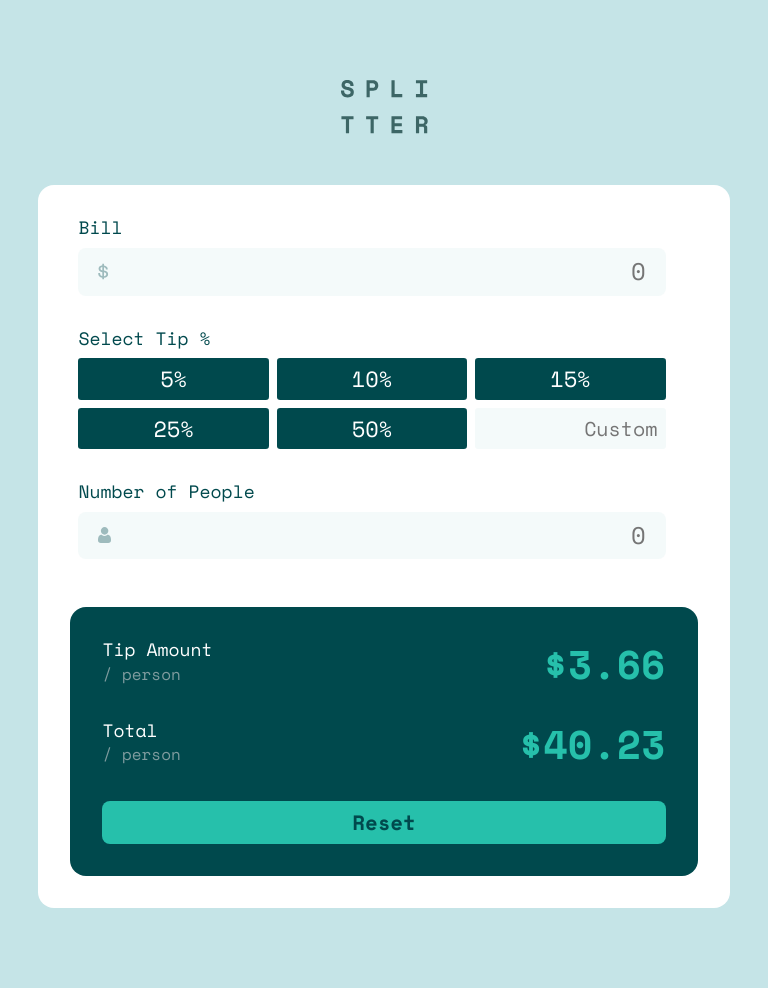
Repository: Jay-JYKim91/FM_tip-calculator
Page: index.html
These files come from the project's save history. The page is drawn as it stood at one moment and after the next save; the edit follows.
The browser window is 768 px wide. The pictures show the whole page.

Above is the page before, as saved 2021-12-23 13:13:26.

### index.html
<!DOCTYPE html>
<html lang="en">
<head>
  <meta charset="UTF-8">
  <meta name="viewport" content="width=device-width, initial-scale=1.0"> <!-- displays site properly based on user's device -->

  <link rel="icon" type="image/png" sizes="32x32" href="./images/favicon-32x32.png">

  <title>Tip calculator</title>
  <link rel="preconnect" href="https://fonts.googleapis.com">
  <link rel="preconnect" href="https://fonts.gstatic.com" crossorigin>
  <link href="https://fonts.googleapis.com/css2?family=Space+Mono:wght@400;700&display=swap" rel="stylesheet">
  <link rel="stylesheet" href="https://cdnjs.cloudflare.com/ajax/libs/normalize/8.0.1/normalize.min.css" integrity="sha512-NhSC1YmyruXifcj/KFRWoC561YpHpc5Jtzgvbuzx5VozKpWvQ+4nXhPdFgmx8xqexRcpAglTj9sIBWINXa8x5w==" crossorigin="anonymous" referrerpolicy="no-referrer" />
  <link rel="stylesheet" href="style.css">
  <script src="main.js" defer></script>

</head>
<body>
  <main class="container">
    <header>
      <img src="./images/logo.svg" alt="logo">
    </header>
    <section class="calculator_wrapper">
      <article class="input_wrapper">
        <div>
          <p class="title">Bill</p>
          <input type="tel" placeholder="0" class="input_box" id="billInput">
        </div>
        <div>
          <p class="title">Select Tip %</p>
          <div class="tip_options">
            <button class="tip_option">5%</button>
            <button class="tip_option">10%</button>
            <button class="tip_option">15%</button>
            <button class="tip_option">25%</button>
            <button class="tip_option">50%</button>
            <input type="tel" id="custom_tip" class="tip_option" placeholder="Custom" autocomplete="off">
          </div>
        </div>
        <div>
          <p class="title">Number of People</p>
          <input type="tel" placeholder="0" class="input_box" id="peopleInput">
          </div>
        </div>
      </article>
      <article class="result_wrapper">
        <div class="result_rows">
          <div class="result_row">
            <div class="result_title_wrapper">
              <p class="title">Tip Amount</p>
              <p class="subtitle">/ person</p>
            </div>
            <p id="tipAmountPrice" class="display_result">$3.66</p>
          </div>
          <div class="result_row">
            <div class="result_title_wrapper">
              <p class="title">Total</p>
              <p class="subtitle">/ person</p>
            </div>
            <p id="totalPrice" class="display_result">$40.23</p>
          </div>
        </div>
        <div>
          <button id="resetBtn">Reset</button>
        </div>
      </article>
    </section>
  </main>
</body>
</html>

### style.css
:root {
  --body-font: "Space Mono", monospace;

  --strong-cyan: hsl(172, 67%, 45%);
  --very-dark-cyan: hsl(183, 100%, 15%);
  --dark-grayish-cyan1: hsl(186, 14%, 43%);
  --dark-grayish-cyan2: hsl(184, 14%, 56%);
  --light-grayish-cyan1: hsl(185, 41%, 84%);
  --light-grayish-cyan2: hsl(189, 41%, 97%);
  --white: hsl(0, 0%, 100%);
}
body {
  background-color: var(--light-grayish-cyan1);
  font-family: var(--body-font);
}
.container {
  margin: 10vh auto;
  max-width: 900px;
  min-width: 796px;
}
header {
  text-align: center;
  margin: 3rem;
}
.calculator_wrapper {
  background-color: var(--white);
  display: flex;
  justify-content: space-between;
  padding: 2rem;
  border-radius: 1rem;
}
.input_wrapper {
  flex-basis: 50%;
  padding: 0 2em 0 0.5em;
}
.input_wrapper div {
  margin-bottom: 2rem;
}
.input_wrapper div:last-child {
  margin-bottom: 0;
}
.tip_options {
  display: grid;
  grid-template-columns: repeat(3, 1fr);
  grid-gap: 0.5em;
}
.tip_option {
  border: 2px solid transparent;
  background-color: var(--very-dark-cyan);
  color: var(--white);
  font-family: var(--body-font);
  padding: 6px;
  font-size: 22px;
  border-radius: 0.2rem;
  cursor: pointer;
  transition: all 0.1s ease-in-out;
}
.tip_option:hover {
  background-color: var(--light-grayish-cyan1);
  color: var(--very-dark-cyan);
}
.tip_option:focus {
  background-color: var(--strong-cyan);
  color: var(--very-dark-cyan);
}
#custom_tip {
  width: 100%;
  background-color: var(--light-grayish-cyan2);
  box-sizing: border-box;
  text-align: right;
  font-size: 20px;
  color: var(--strong-cyan);
  caret-color: var(--strong-cyan);
}
#custom_tip:focus {
  outline: none;
  border: var(--strong-cyan) 2px solid;
}
.title {
  margin: 0 0 10px 0;
  color: var(--very-dark-cyan);
  font-size: 18px;
}
.input_box {
  background-position: 20px 15px;
  background-repeat: no-repeat;
  text-align: right;
  font-size: 24px;
  border: none;
  background-color: var(--light-grayish-cyan2);
  text-align: right;
  color: var(--very-dark-cyan);
  caret-color: var(--strong-cyan);
  padding: 10px 20px;
  border-radius: 0.5rem;
  width: -webkit-fill-available;
}
#billInput {
  background-image: url("./images/icon-dollar.svg");
}

#peopleInput {
  background-image: url("./images/icon-person.svg");
}
.result_wrapper {
  background-color: var(--very-dark-cyan);
  flex-basis: 50%;
  border-radius: 1rem;
  padding: 2em;
  display: flex;
  flex-direction: column;
  justify-content: space-between;
}
.result_title_wrapper {
  flex-basis: 40%;
}
.result_title_wrapper p {
  margin: 0 0 0.3rem 0;
}
.result_wrapper .title {
  color: var(--white);
  /* margin: 0 0 10px 0; */
}
.subtitle {
  color: var(--dark-grayish-cyan2);
}
.result_row {
  display: flex;
  align-items: center;
  justify-content: space-between;
  margin-bottom: 2rem;
}
.display_result {
  flex-basis: 60%;
  text-align: right;
  color: var(--strong-cyan);
  font-weight: 600;
  font-size: 2.5rem;
  margin: 0;
}
#resetBtn {
  border: none;
  background-color: var(--strong-cyan);
  color: var(--very-dark-cyan);
  width: 100%;
  padding: 10px;
  font-weight: 600;
  font-size: 1.3rem;
  border-radius: 0.5rem;
  cursor: pointer;
  transition: all ease-in-out 0.1s;
}
#resetBtn:hover {
  background-color: var(--light-grayish-cyan1);
}
/* Tablet size */
@media (min-width: 769px) and (max-width: 1023px) {
  .container {
    width: 80vw;
    min-width: auto;
  }
  .calculator_wrapper {
    flex-direction: column;
  }
  .result_wrapper {
    margin-top: 3rem;
  }
}

/* Mobile size */
@media (max-width: 768px) {
  .container {
    width: 90vw;
    min-width: auto;
  }
  .calculator_wrapper {
    flex-direction: column;
  }
  .result_wrapper {
    margin-top: 3rem;
  }
  .result_row {
    /* flex-direction: column; */
  }
}

Loaded but not shown: main.js (empty)

After the next save:
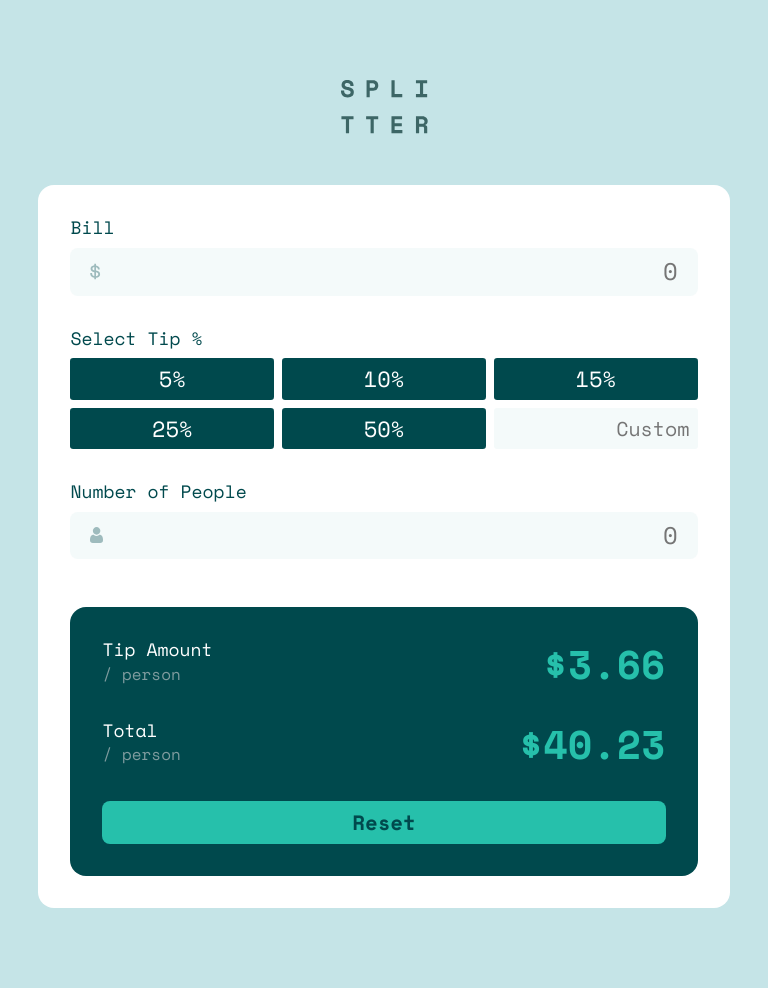
Saved 49 s later.
--- a/style.css
+++ b/style.css
@@ -176,9 +176,13 @@ header {
   .calculator_wrapper {
     flex-direction: column;
   }
+  .input_wrapper {
+    padding: 0;
+  }
   .result_wrapper {
     margin-top: 3rem;
   }
+
   .result_row {
     /* flex-direction: column; */
   }
